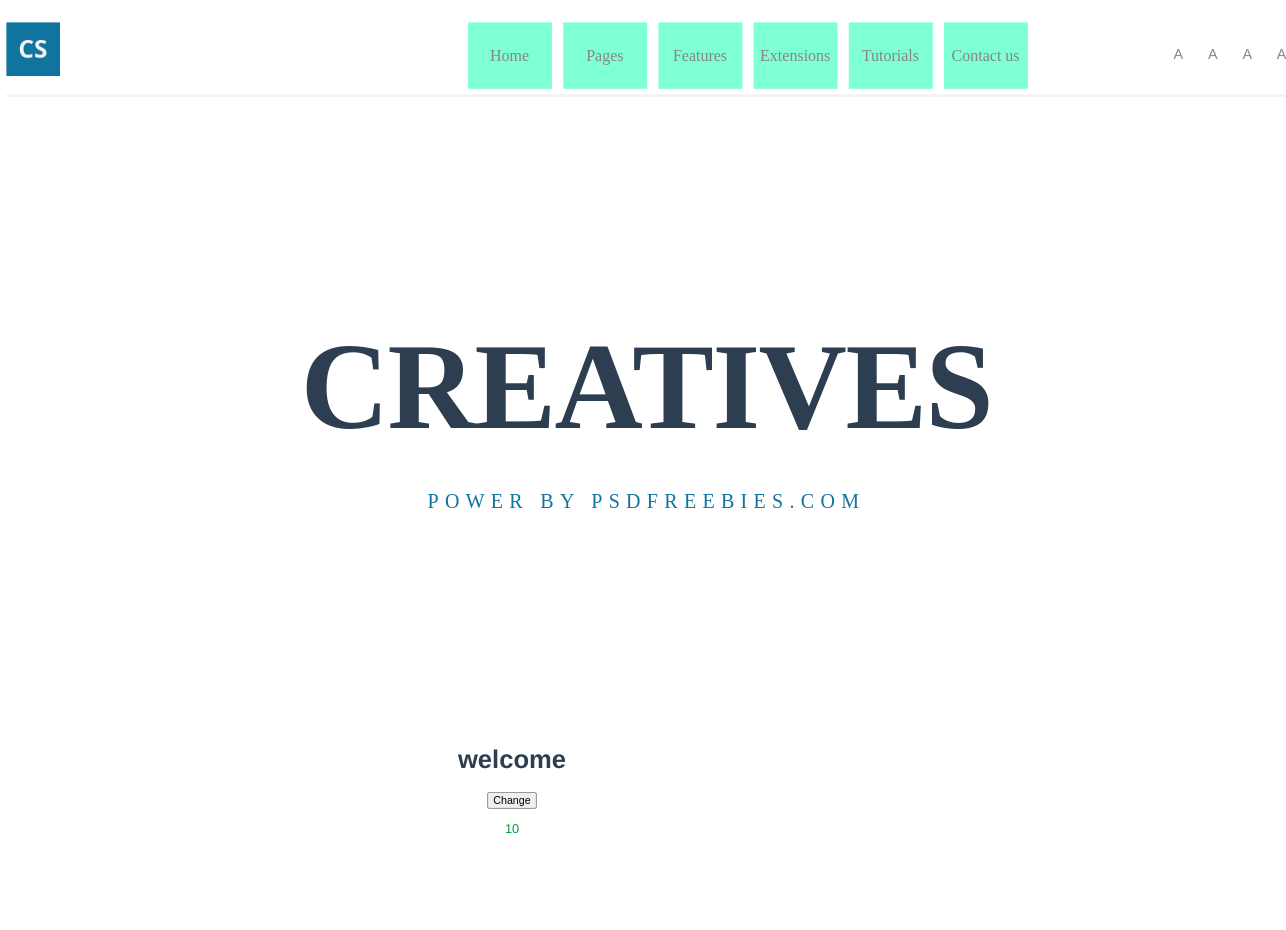
Repository: joker506/Creatives
Page: /
An editor plug-in stored every save of this project. The page is shown before and after the next save, followed by the edit.
The browser window is 1280 px wide. The page is 1608 px wide, then 1280 px, so the pictures cover 1608 px, including what lies to the right of the window. The pictures show the whole page, at 80% of full size.
The project was rebuilt for these pictures with package versions that can differ from the ones it lists, and the page was loaded fresh each time.

Above is the page before, as saved 2020-03-29 18:59:47.

After the next save:
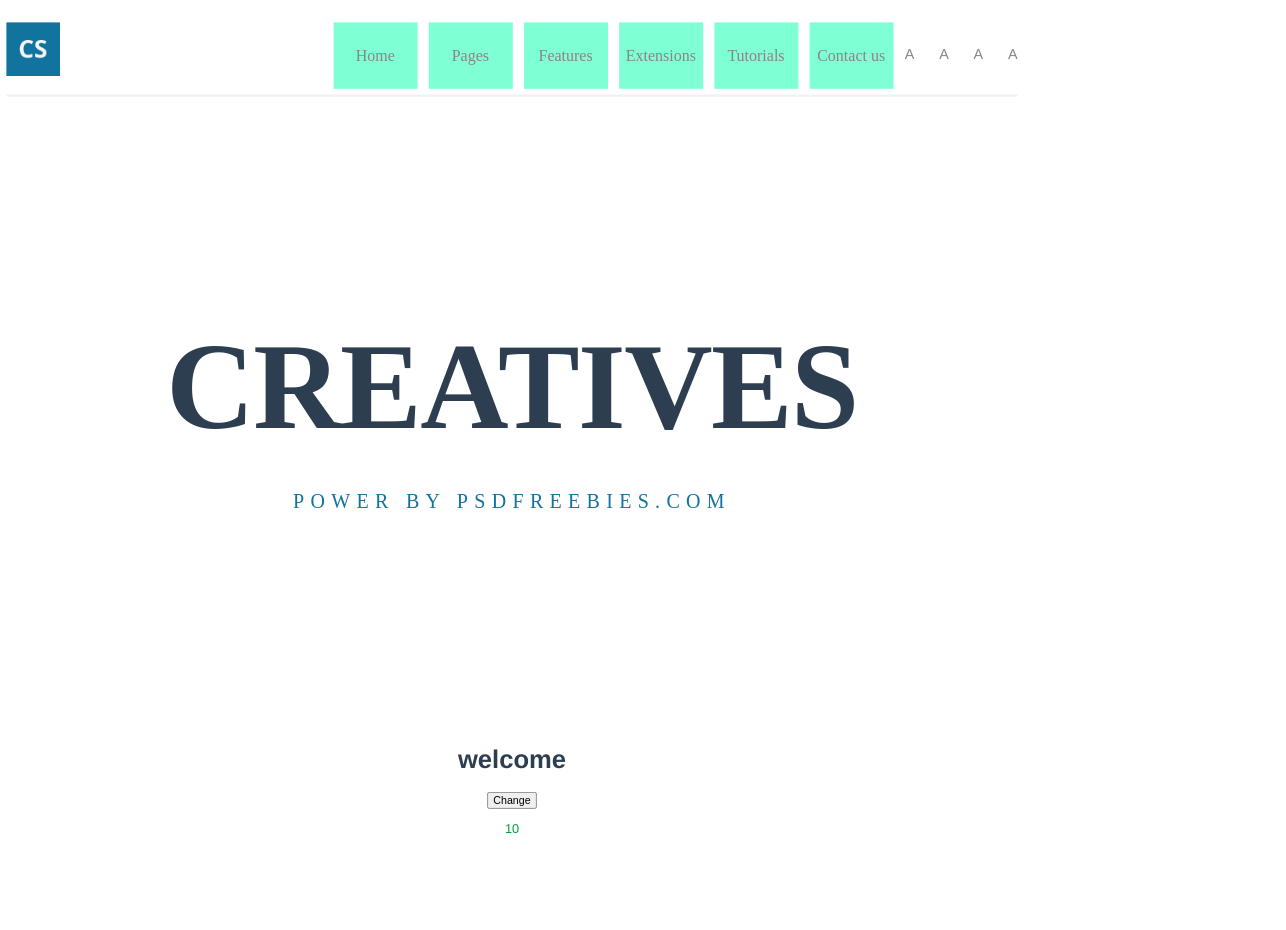
Saved 30 s later.
--- a/src/components/HeaderApp.vue
+++ b/src/components/HeaderApp.vue
@@ -58,7 +58,7 @@
 .header{
     margin: 0;
     padding: 0;
-    width: 1600px;
+    max-width: 1600px;
     height: 882px;
     padding-top: 20px;
     font-size: 18px;
